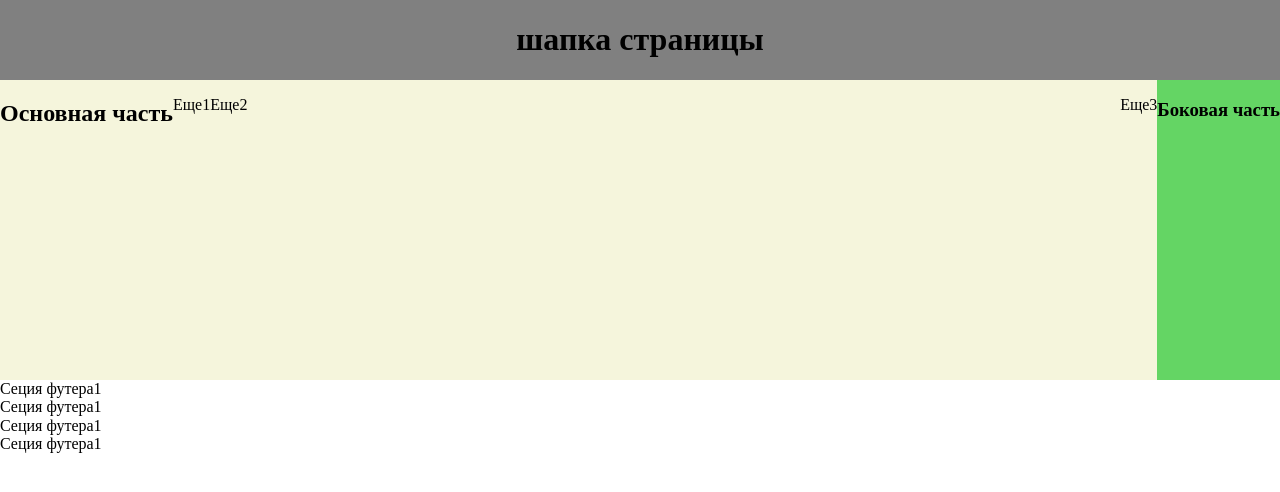
Repository: IrinaGetmanenko/week5
Page: week5/index.html
An editor plug-in stored every save of this project. The page is shown before and after the next save, followed by the edit.
The browser window is 1280 px wide. The pictures show the whole page.

Above is the page before, as saved 2022-08-28 11:09:49.

### week5/index.html
<!DOCTYPE html>
<html lang="en">
<head>
    <meta charset="UTF-8">
    <meta http-equiv="X-UA-Compatible" content="IE=edge">
    <meta name="viewport" content="width=device-width, initial-scale=1.0">
    <link rel="stylesheet" href="normalize.css">
    <title>Document</title>
    <style>
        .h1{
           display: flex;
           justify-content: center;
           height: 80px;
           background-color: gray;
        }
        .container1{
            display: flex;
            justify-content: flex-start;
            height: 300px;
            background-color: beige;
        }
        .main1{
            display: flex;

            height: 20px;
            border: 20px;
            color: rgb(27, 102, 167);
        }
        .main2{
            display: flex;

}
.main3{
    display: flex;
    flex: 1;
}

.aside{
    display: flex;
    justify-content: flex-end;
    height: 300px;
    background-color: rgb(100, 213, 100);



}
    </style>
</head>
<body>
    <header>
        <div class="h1">
            <h1>шапка страницы</h1>
    </header>

    <main>
        <div class="container1"><h2>Основная часть</h2>

        <div class="main1"></div>
        <p>Еще1</p>

        <div class="main2"></div>
        <p>Еще2</p>

        <div class="main3"></div>
        <p>Еще3</p>
        <div class="aside"> <h3>Боковая часть</h3>
        </div>
    </div>

    </main>



    <footer>
        <div>Сеция футера1</div>
        <div>Сеция футера1</div>
        <div>Сеция футера1</div>
        <div>Сеция футера1</div>
    </footer>


</body>
</html>

Loaded but not shown: week5/normalize.css (library)

After the next save:
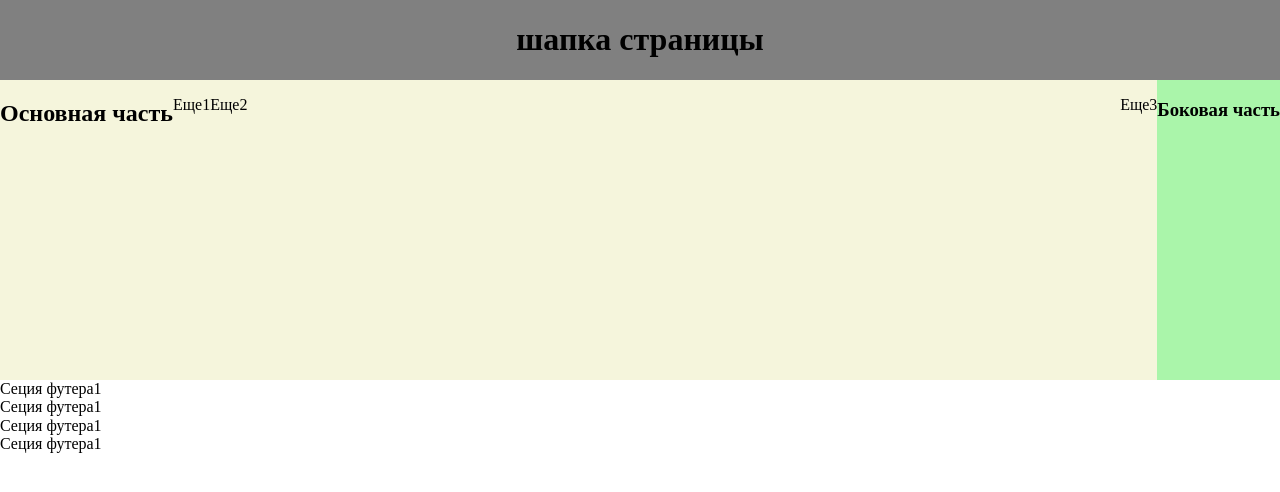
Saved 31 s later.
--- a/week5/index.html
+++ b/week5/index.html
@@ -39,7 +39,7 @@
     display: flex;
     justify-content: flex-end;
     height: 300px;
-    background-color: rgb(100, 213, 100);
+    background-color: rgb(170, 245, 170);
 
 
 
